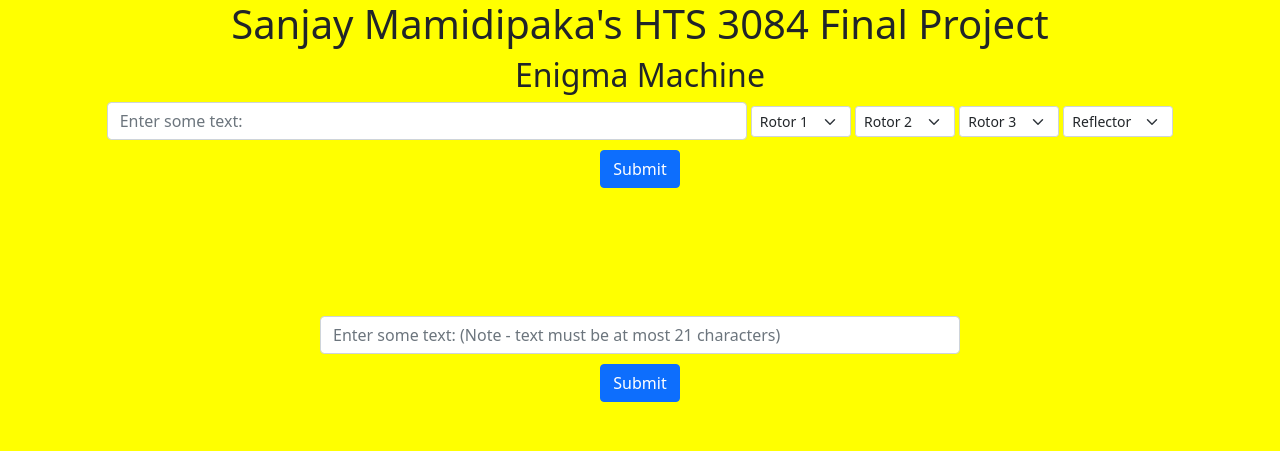
Repository: sanjayMamidipaka/htsfinalprojectnew
Page: http://localhost/
An editor plug-in stored every save of this project. The page is shown before and after the next save, followed by the edit.
The browser window is 1280 px wide. The pictures show the whole page.
The page is served by the project's application, run on Flask 3 (app.py).

Above is the page before, as saved 2021-11-30 17:53:04.

### templates/index.html
<!doctype html>
<link href="https://cdn.jsdelivr.net/npm/bootstrap@5.1.3/dist/css/bootstrap.min.css" rel="stylesheet" integrity="sha384-1BmE4kWBq78iYhFldvKuhfTAU6auU8tT94WrHftjDbrCEXSU1oBoqyl2QvZ6jIW3" crossorigin="anonymous">


<head><title>Test</title>
    <meta charset=utf-8> </head>
    <body style="background-color:yellow;">
        <h1 style="text-align: center">Sanjay Mamidipaka's HTS 3084 Final Project</h1>
        <form class="grid" action="/my-link/" method="POST">

            <div style="text-align: center; white-space: nowrap;">
              <div></div>
                <h2>Enigma Machine</h2>
                <input placeholder="Enter some text: " type="text" id="name" class="form-control" name="name" style="width: 50%; margin: auto; display: block; display: inline-block;">
                <select class="form-select form-select-sm" aria-label="Default select example" style="display: inline-block; width: 100px;" name = "rotor1">
                    <option disabled selected>Rotor 1</option>
                    <option value="I">I</option>
                    <option value="II">II</option>
                    <option value="III">III</option>
                    <option value="IV">IV</option>
                    <option value="V">V</option>
                  </select>

                  <select class="form-select form-select-sm" aria-label="Default select example" style="display: inline-block; width: 100px;" name = "rotor2">
                    <option disabled selected>Rotor 2</option>
                    <option value="I">I</option>
                    <option value="II">II</option>
                    <option value="III">III</option>
                    <option value="IV">IV</option>
                    <option value="V">V</option>
                  </select>

                  <select class="form-select form-select-sm" aria-label="Default select example" style="display: inline-block; width: 100px;" name = "rotor3">
                    <option disabled selected>Rotor 3</option>
                    <option value="I">I</option>
                    <option value="II">II</option>
                    <option value="III">III</option>
                    <option value="IV">IV</option>
                    <option value="V">V</option>
                  </select>

                  <select class="form-select form-select-sm" aria-label="Default select example" style="display: inline-block; width: 110px;" name = "reflector">
                    <option disabled selected>Reflector</option>
                    <option value="B">B</option>
                    <option value="C">C</option>
                    <option value="B-Thin">B-Thin</option>
                    <option value="C-Thin">C-Thin</option>
                  </select>

                <div style="padding-bottom: 10px;"></div>
                <input class="file_submit btn btn-primary" type="Submit">
            </div>

            {% if ciphertext %}
                <h3 style="color: blue; text-align: center" class="let_space">Ciphertext: {{ciphertext}}</h3>
                <h3 style="color: blue; text-align: center" class="let_space">Plaintext: {{plaintext}} </h3>

            {% endif %}
          </form>
          <div style="padding-bottom: 10%;"></div>

          <form class="grid" action="/my-link-new/" method="POST">

            <div style="text-align: center;">
                <input placeholder="Enter some text: (Note - text must be at most 21 characters)" type="text" id="name1" class="form-control" name="name1" style="width: 50%; margin: auto; display: block;">
                <div style="padding-bottom: 10px;"></div>
                <input class="file_submit btn btn-primary" type="Submit">
            </div>

            {% if publicKey %}
                <h3 style="color: blue; text-align: center" class="let_space">Public Key: {{publicKey}}</h3>
                <h6 style="color: blue; text-align: center" class="let_space">Private Key: {{privateKey}} </h6>
                <h4 style="color: blue; text-align: center" class="let_space">Encoded Message: {{encMessage}} </h4>
                <h5 style="color: blue; text-align: center" class="let_space">Decoded Message: {{decMessage}} </h5>

            {% endif %}



          </form>



    </body>

### app.py
from flask import Flask, render_template, request
from enigma.rotors.rotor import Rotor
from enigma.plugboard import Plugboard
from enigma.machine import EnigmaMachine
import rsa
app = Flask(__name__)

@app.route('/')
def index():
  return render_template('index.html')

@app.route('/my-link/', methods=['POST', 'GET'])
def my_link():

    try:
      output = request.form.to_dict()
      print(output)
      name = output["name"]
      rotors = output['rotor1'] + " " + output['rotor2'] + " " + output['rotor3']
      reflectorString = output['reflector']
      print(rotors)

      machine = EnigmaMachine.from_key_sheet(
      rotors=rotors,
      reflector=reflectorString,
      ring_settings='B U L',
      plugboard_settings='AV BS CG DL FU HZ IN KM OW RX')

      machine.set_display('WXC') # set initial rotor positions
      enc_key = machine.process_text('BLA') # encrypt message key

      machine.set_display('BLA') # use message key BLA
      ciphertext = machine.process_text(name)

      machine.set_display('WXC')
      msg_key = machine.process_text(enc_key)

      machine.set_display(msg_key) # original message key is BLA
      plaintext = machine.process_text(ciphertext)

      return render_template('index.html', ciphertext=ciphertext, plaintext=plaintext)
    except Exception:
      return render_template('index.html', ciphertext="ERROR! PLEASE TRY AGAIN! (MAKE SURE TO SELECT ALL INPUTS)", plaintext="N/A")

@app.route('/my-link-new/', methods=['POST', 'GET'])
def my_link_new():
  try:
    output = request.form.to_dict()
    name1 = output['name1']
    publicKey, privateKey = rsa.newkeys(256)
    message = name1
    encMessage = rsa.encrypt(message.encode(), publicKey)

    decMessage = rsa.decrypt(encMessage, privateKey).decode()

    return render_template('index.html', publicKey=publicKey, privateKey=privateKey, encMessage=encMessage, decMessage=decMessage)
  except Exception:
    return render_template('index.html', publicKey="ERROR! PLEASE TRY AGAIN! (MAKE SURE INPUT IS UNDER 22 CHARACTERS)", privateKey="N/A", encMessage="N/A", decMessage="N/A")
if __name__ == '__main__':
  app.run(debug=True)

After the next save:
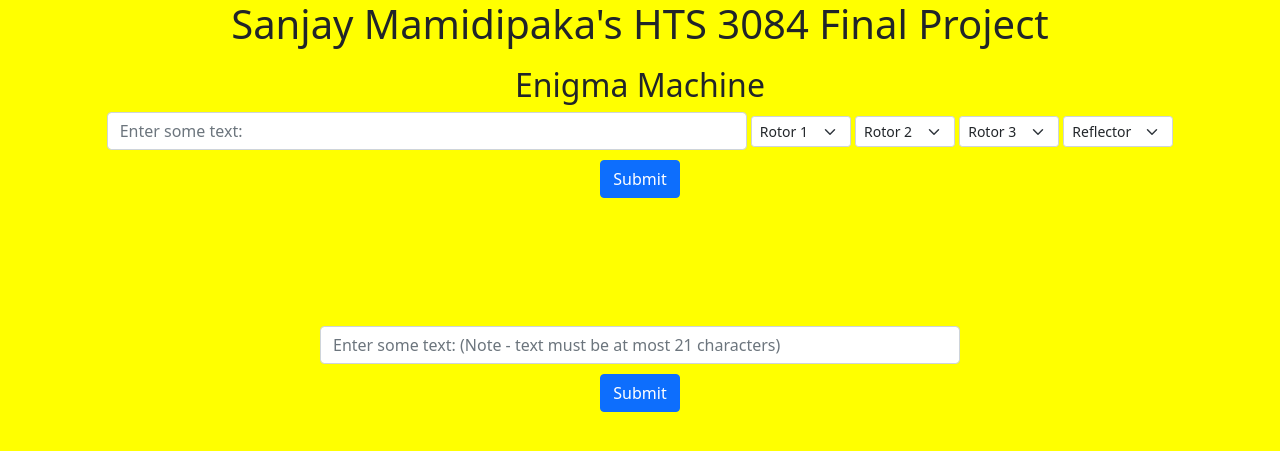
Saved 17 s later.
--- a/templates/index.html
+++ b/templates/index.html
@@ -9,7 +9,7 @@
         <form class="grid" action="/my-link/" method="POST">
 
             <div style="text-align: center; white-space: nowrap;">
-              <div></div>
+              <div style="padding-bottom: 10px;"></div>
                 <h2>Enigma Machine</h2>
                 <input placeholder="Enter some text: " type="text" id="name" class="form-control" name="name" style="width: 50%; margin: auto; display: block; display: inline-block;">
                 <select class="form-select form-select-sm" aria-label="Default select example" style="display: inline-block; width: 100px;" name = "rotor1">
